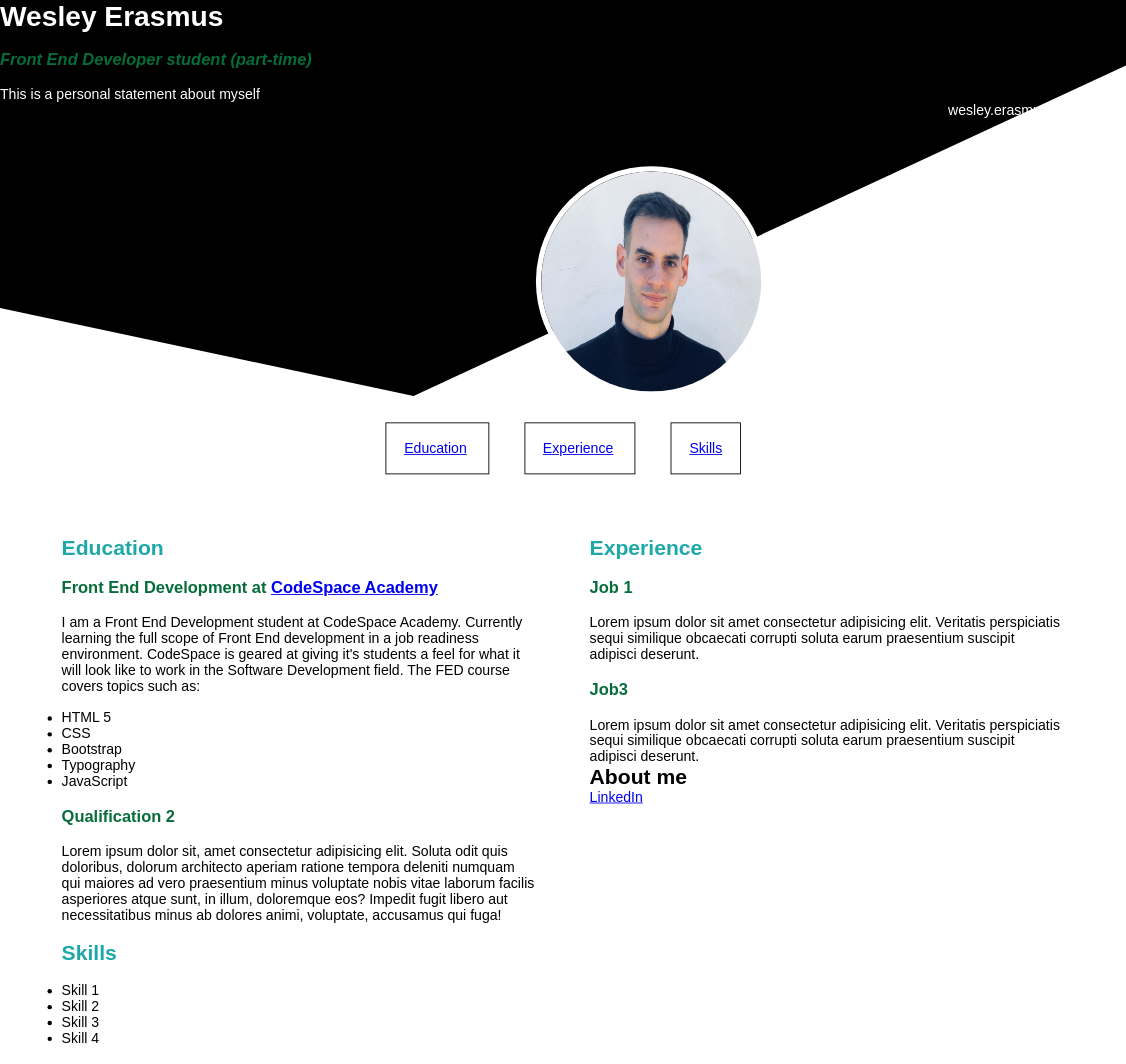
Repository: WesleyErasmus/myDigitalResume
Page: Resume-Projec-3/index.html
An editor plug-in stored every save of this project. The page is shown before and after the next save, followed by the edit.
The browser window is 1280 px wide. The pictures show the whole page, at 88% of full size.

Above is the page before, as saved 2022-02-12 13:43:49.

After the next save:
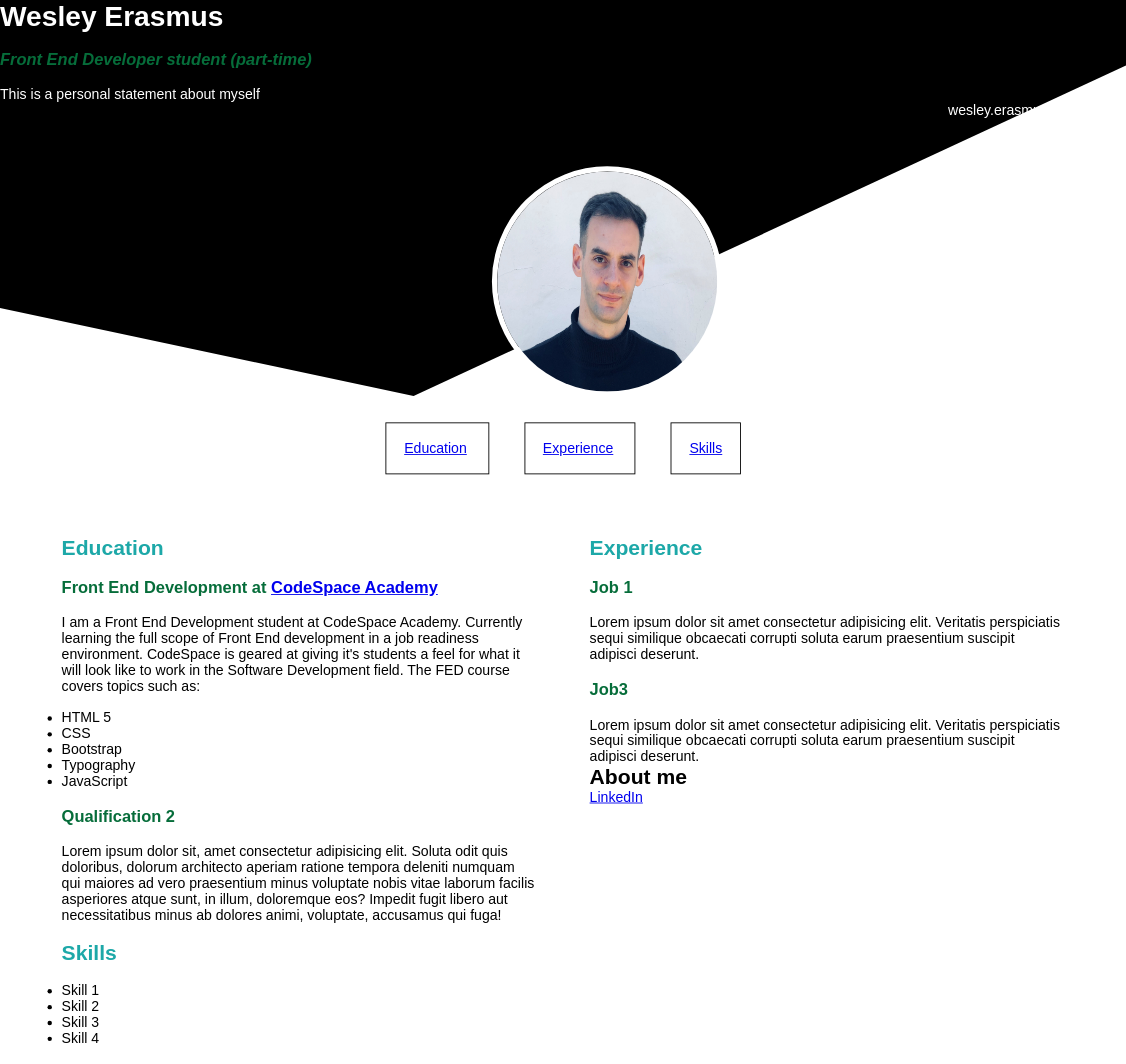
Saved 5 s later.
--- a/Resume-Projec-3/styles.css
+++ b/Resume-Projec-3/styles.css
@@ -21,7 +21,7 @@ h3 {
 }
 img {
     position: relative;
-    left: 100px;
+    left: 50px;
     width: 250px;
     height: 250px;
     border-radius: 50%;
